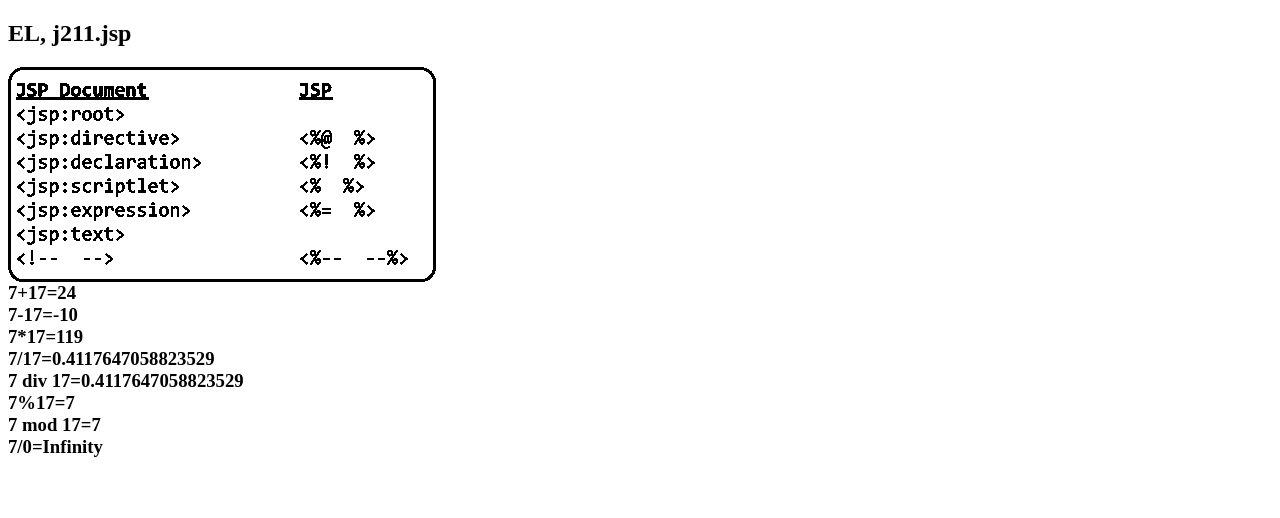
Repository: anxhuang/Java_Web
Page: http://localhost/code/j211.jsp
The author's editor kept a copy of each file at every save. The page is drawn from the files as they stood at one save, then again after the next save.
The browser window is 1280 px wide. The pictures show the whole page.
The page is served by Tomcat 9.

Above is the page before, as saved 2018-07-17 12:40:44.

After the next save:
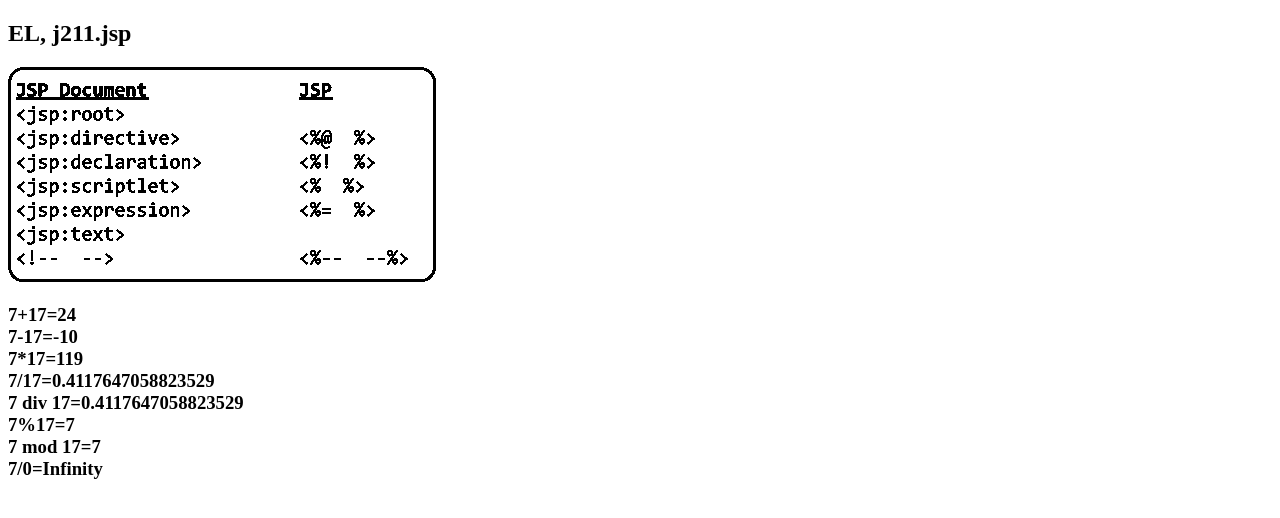
Saved 24 s later.
--- a/code/WebContent/j211.jsp
+++ b/code/WebContent/j211.jsp
@@ -9,7 +9,7 @@
 
 	<h2>EL, j211.jsp</h2><h3>
 
-	<img alt="" src="JSP.bmp"><br>
+	<img alt="" src="JSP.bmp"><br><br>
 
 	7+17=${7+17 }<br>
 	7-17=${7-17 }<br>
